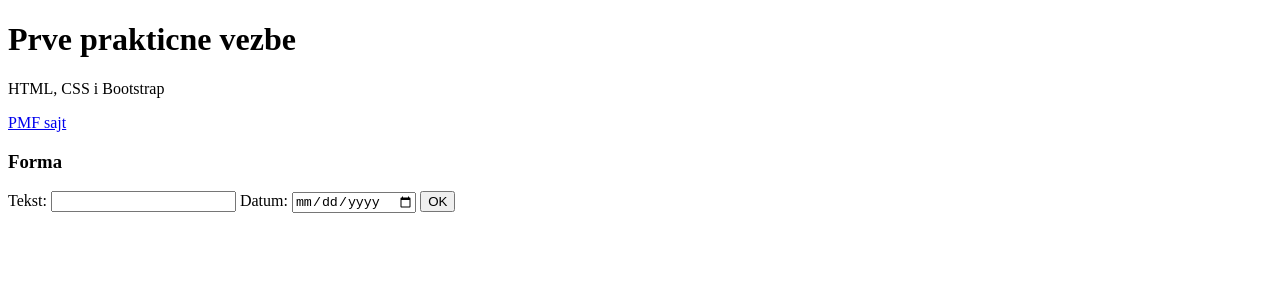
Repository: bojanludajic/Razvoj-Informacionih-Sistema
Page: Vezbe1/src/main/webapp/index.html
These files come from the project's save history. The page is drawn as it stood at one moment and after the next save; the edit follows.
The browser window is 1280 px wide. The pictures show the whole page.

Above is the page before, as saved 2024-10-22 11:37:09.

After the next save:
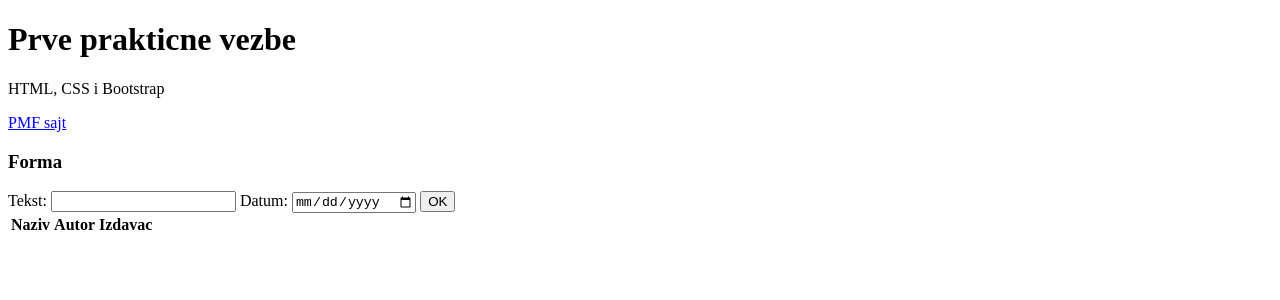
Saved 55 s later.
--- a/Vezbe1/src/main/webapp/index.html
+++ b/Vezbe1/src/main/webapp/index.html
@@ -17,7 +17,11 @@
 	<input type="submit" value="OK">
 </form>
 <table>
-
+	<tr>
+		<th>Naziv</th>
+		<th>Autor</th>
+		<th>Izdavac</th>
+	</tr>
 </table>
 </body>
 </html>
